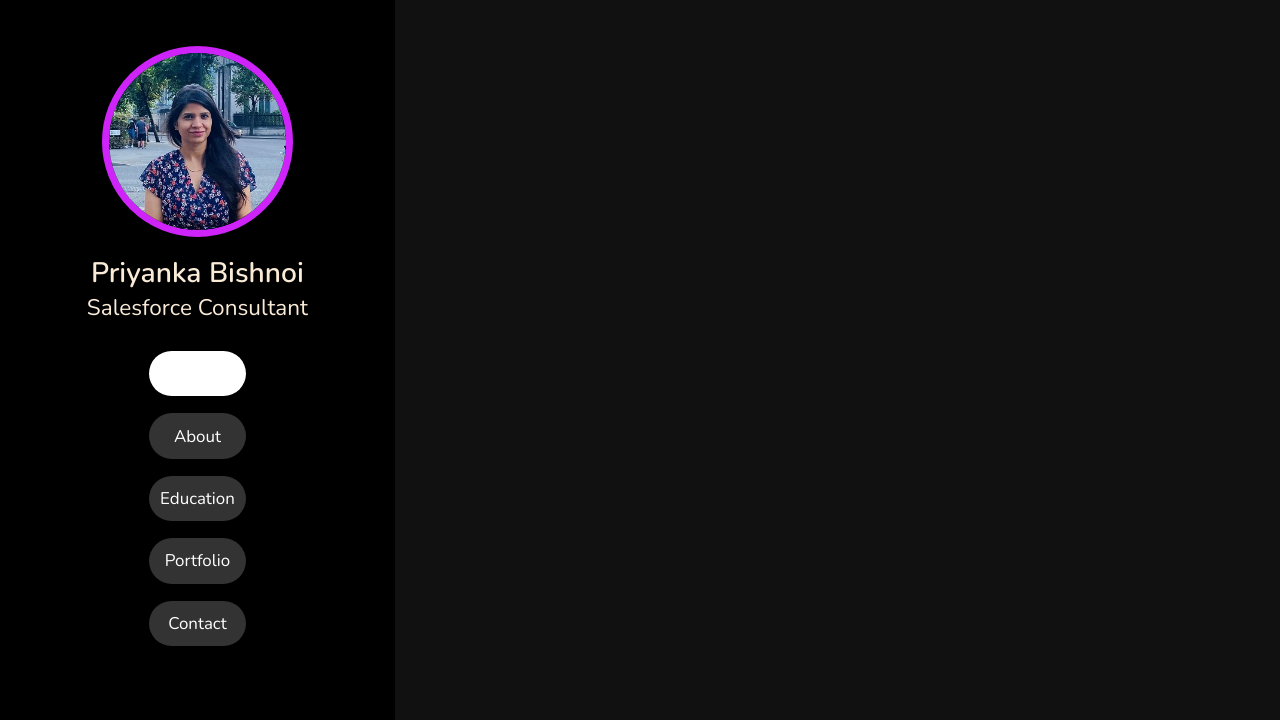
Repository: priyanka-bishnoi/PortfolioPage
Page: MyPage.html
An editor plug-in stored every save of this project. The page is shown before and after the next save, followed by the edit.
The browser window is 1280 px wide. The pictures show the whole page.
The pointer rests on the first visible `header .navBar ul li a`.

Above is the page before, as saved 2022-10-08 16:12:15.

After the next save:
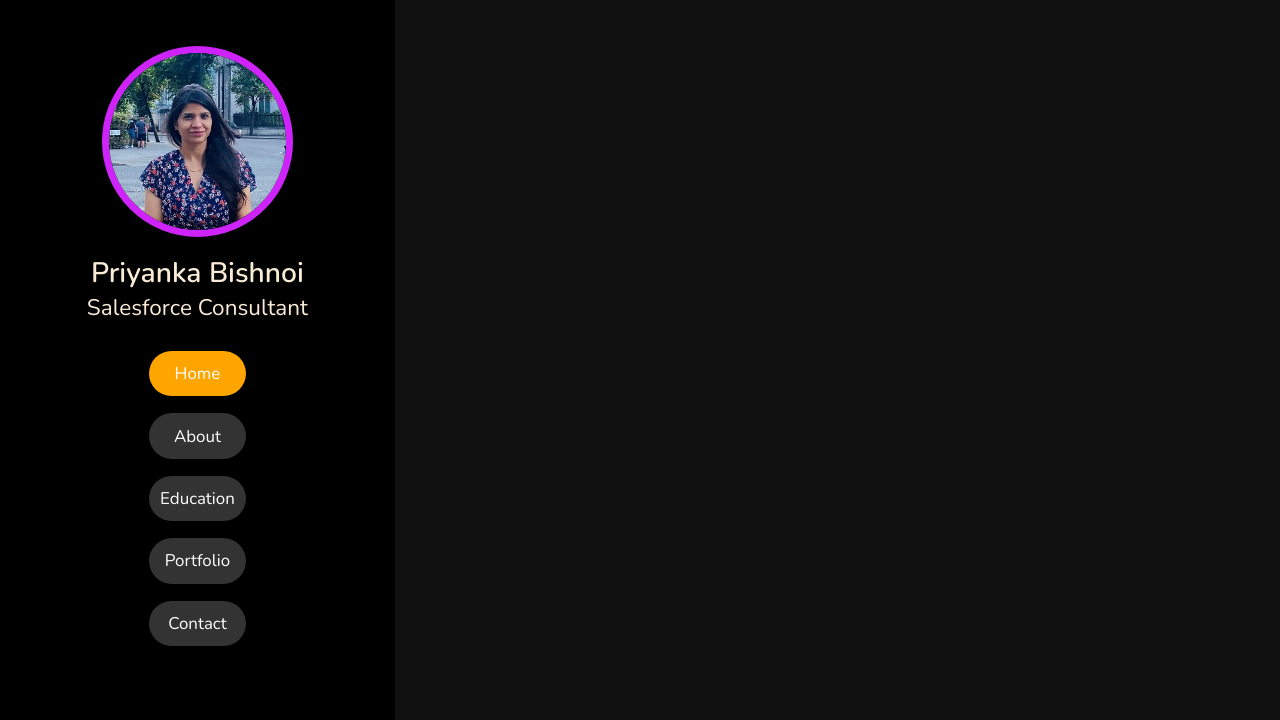
Saved 27 s later.
--- a/css/style.css
+++ b/css/style.css
@@ -70,5 +70,5 @@ header .navBar ul li a{
 }
 
 header .navBar ul li a:hover{
-    background:#fff;
+    background:orange;
 }
